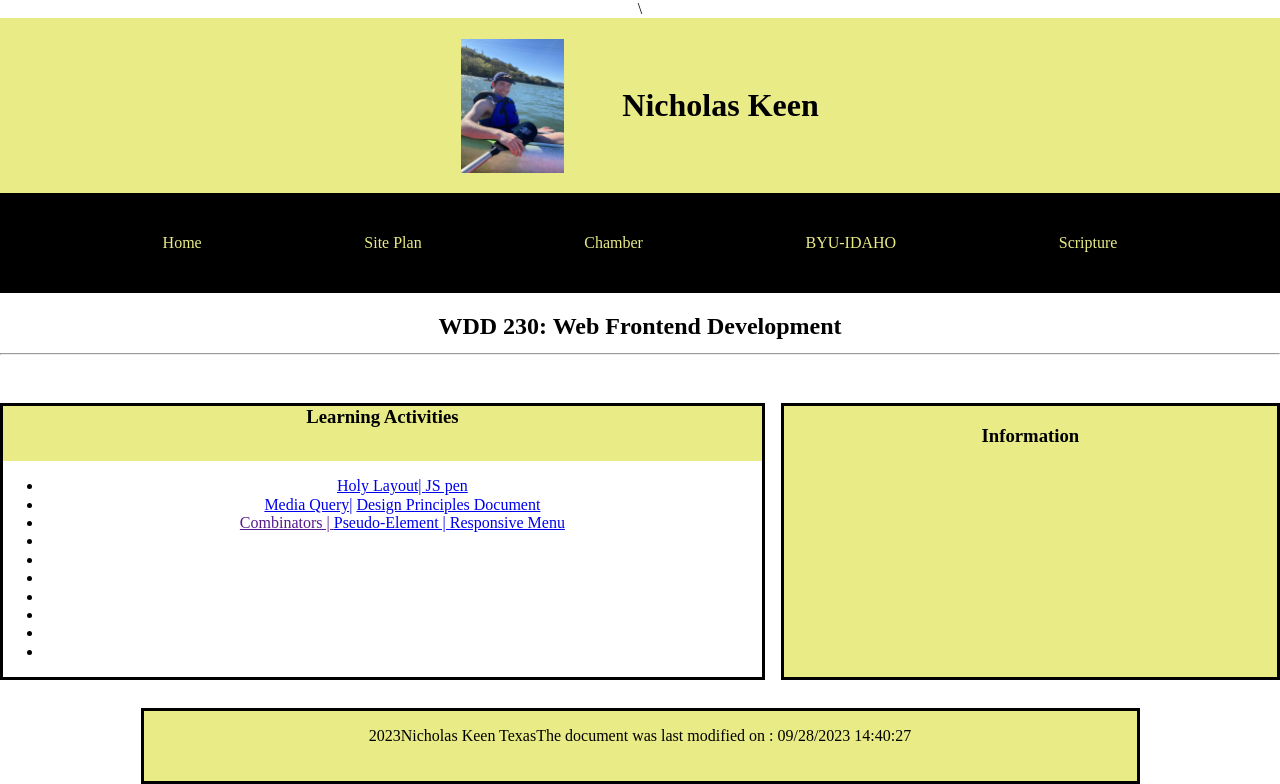
Repository: nak97/WDD230
Page: index.html
An editor plug-in stored every save of this project. The page is shown before and after the next save, followed by the edit.
The browser window is 1280 px wide. The pictures show the whole page.
Some icons come from a web library that is not loaded, so they are not drawn. Some web libraries are served in a nearby version.

Above is the page before, as saved 2023-09-28 14:47:47.

### index.html
<!DOCTYPE html>
<html lang="en-US">
<head>
  <meta charset="UTF-8">
  <meta name="viewport" content="width=device-width, initial-scale=1.0">
  <title>Nick Keen - WDD 230 - Web Frontend Development</title>
  <meta name="description" content="WDD 230 - Nicholas Keen  - Web Frontend Development projects">
  <meta name="author" content="Nicholas Keen">
  <link rel="stylesheet" href="./styles/normalize.css">
  <link rel="stylesheet" href="./styles/base.css">
  <link rel="stylesheet" href="./styles/media.css">
  <link rel="icon" href="favicon.ico">
</head>\
<body>
  <button id = menu></button>
  <header>
    <img src="images/Snapchat-1695523002.jpg" alt="img">
    <h1>
      Nicholas Keen
    </h1>
  </header>
  <nav class="navigation">

    <a href="#">Home</a>
    <a href="chamber/siteplan.html" target="_blank">Site Plan</a>
    <a href="chamber/" target="_blank">Chamber</a>
    <a href="https://www.byui.edu/" target="_blank">BYU-IDAHO</a>
    <a href="https://www.churchofjesuschrist.org/study/scriptures/bofm/alma/27?lang=eng&id=p18#p18" target="_blank">Scripture</a>
  </nav>

  <main>
    <h2 class="title">
      WDD 230: Web Frontend Development
      <hr>
    </h2>

    <section class="card card-1">
      <h3> Learning Activities </h3>
      <ul>
        <li>
          <a href="#"> Holy Layout| </a> <a href="#">JS pen</a>
        </li>
        <li>
          <a href="#"> Media Query|</a> <a href="./lesson02/design-principles.html" target="_blank">Design Principles Document</a>
        </li>
        <li>
          <a href="">Combinators | </a> <a href="https://codepen.io/blazzard-jason/pen/LYjLRqN">Pseudo-Element | </a> <a href="https://codepen.io/nak97/pen/LYMmWJq">Responsive Menu</a>
        </li>
        <li>
          <a href=""></a>
        </li>
        <li>
          <a href=""></a>
        </li>
        <li>
          <a href=""></a>
        </li>
        <li>
          <a href=""></a>
        </li>
        <li>
          <a href=""></a>
        </li>
        <li>
          <a href=""></a>
        </li>
        <li>
          <a href=""></a>
        </li>
      </ul>
    </section>

    <section class="card card-2">
      <h3>
        Information
      </h3>


    </section>

  </main>

  <div>

  </div>
  <footer>
    <p>
      <i class="fa-sharp fa-light fa-copyright"></i>2023
    </p>
   <p>
    Nicholas Keen Texas <br>
   </p>

   <p id="lastModified">

   </p>

  </footer>
  <script src="scripts/getdates.js"></script>
  <script src="scripts/menu.js"></script>
  <script src="https://kit.fontawesome.com/615002bc5f.js" crossorigin="anonymous"></script>

</body>
</html>

### styles/base.css
body{
  text-align: center;
  text-decoration: none;
}

header {
  display: flex;
    justify-content: center;
    margin-top: auto;
    margin-bottom: auto;
    margin-right: auto;
    margin-left: auto;
    width: 100%;
    background-color: #E9EB87;
    height: 10.9375rem;
}
header h1 {
  margin-top: auto;
  margin-bottom: auto;
}
img{
  height: 8.375rem;
  width: 6.4375rem;
  margin-right: 3.625rem;
  margin-top: auto;
  margin-bottom: auto;
}
nav {
  display: flex;
  background-color: black;
  width: 100%;
  height: 6.25rem;
  justify-content: space-evenly;
  align-items: center;
}

.title {
  grid-area: title ;
}

nav a {
  color: #E9EB87;
  text-decoration: none;
}
hr {width: 28.9375}

main {
  display: grid !important;
  grid-template-rows: .1fr 1fr;
  justify-content: center;
  grid-template-columns: 1fr .5fr 1fr;
  grid-template-areas:
  " title title title"
  "card-1 card-1 card-2";
  grid-gap: 1rem;

}

.card-1 {
 grid-area: card-1;

}
.card-1 h3{
background-color: #E9EB87;
margin: 0;
padding-bottom: 2.125rem;
}

.card-2 {
  background-color: #E9EB87;
  grid-area: card-2;
}
.card {

  border: black 3px solid;
}

footer {
  display: flex;
  margin-top: 1.75rem;
  max-width: 62.0625rem;
  margin-left: auto;
  margin-right: auto;
  justify-content: center;
  border: 0.1875rem black solid;
  height: 4.375rem;
  background-color: #E9EB87;

}

.fa-sharp fa-light fa-copyright {
  color: #050505;
}

#menu {
  display: none;
}

### styles/media.css
@media screen and (max-width: 578px) {
  body{
    text-align: center;
    text-decoration: none;
  }

  nav {
    display: none !important;

  }
   main {
     grid-template-areas:
     " title"
     " card-1"
     " card-2"
     !important;
     grid-template-columns: 1fr !important;
  }

#menu {
  font-size: 1.5rem;
	border: 1px solid rgba(0,0,0,.3);
	padding: 3px 7px 6px;
	background-color: #eee;
	color: #000;
 	position: absolute;
  top: 1rem;
	right: 1rem;
}


#menu::before {
	content: "☰";
}


#menu.open::before {
	content: "👌";
}


}

### scripts/getdates.js
var date = document.lastModified;
document.getElementById("lastModified").innerHTML = "The document was last modified on : " + date;

Loaded but not shown: styles/normalize.css (library); scripts/menu.js (common file)

After the next save:
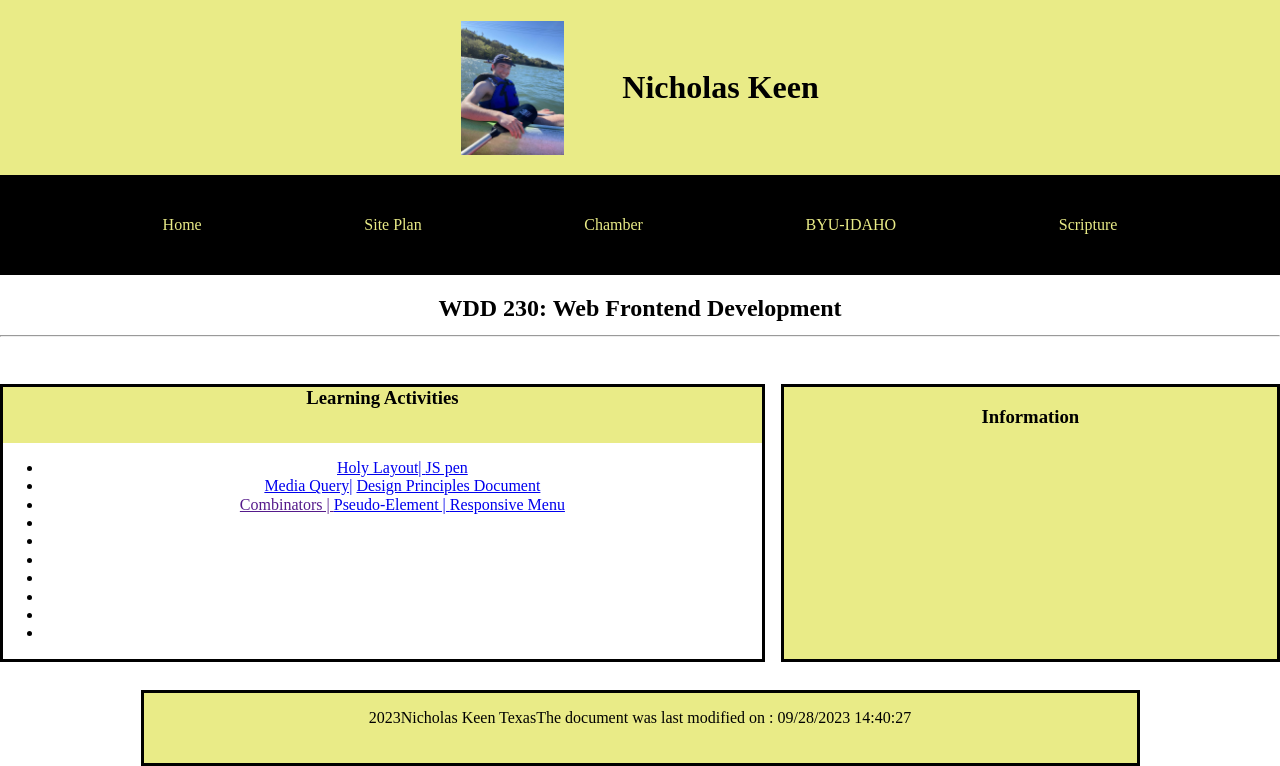
Saved 30 min 34 s later.
--- a/index.html
+++ b/index.html
@@ -10,7 +10,11 @@
   <link rel="stylesheet" href="./styles/base.css">
   <link rel="stylesheet" href="./styles/media.css">
   <link rel="icon" href="favicon.ico">
-</head>\
+  <meta property="og:title" content="facebook"/>
+  <meta property="og:type" content="website" />
+  <meta property="og:url" content="facebook.com" />
+  <meta property="og:image" content="images/facebook-meta-tag-pic.png" />
+</head>
 <body>
   <button id = menu></button>
   <header>
